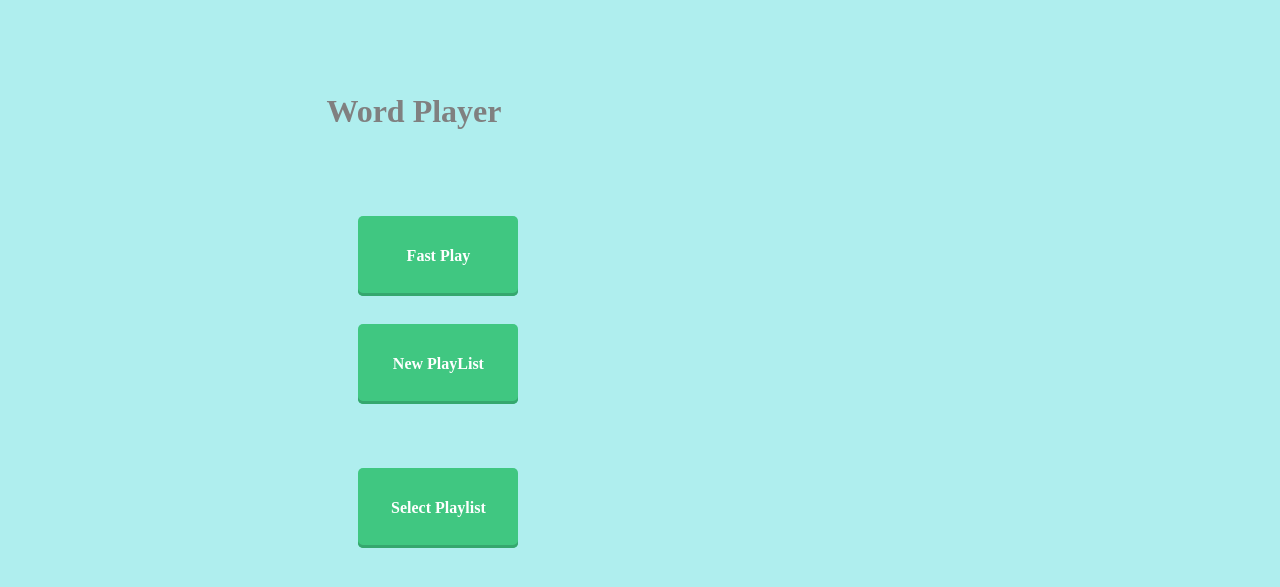
Repository: Artem-Brunov/msu_prac
Page: workspace/BasicUI/index.html
The author's editor kept a copy of each file at every save. The page is drawn from the files as they stood at one save, then again after the next save.
The browser window is 1280 px wide. The pictures show the whole page.

Above is the page before, as saved 2017-11-19 20:41:35.

After the next save:
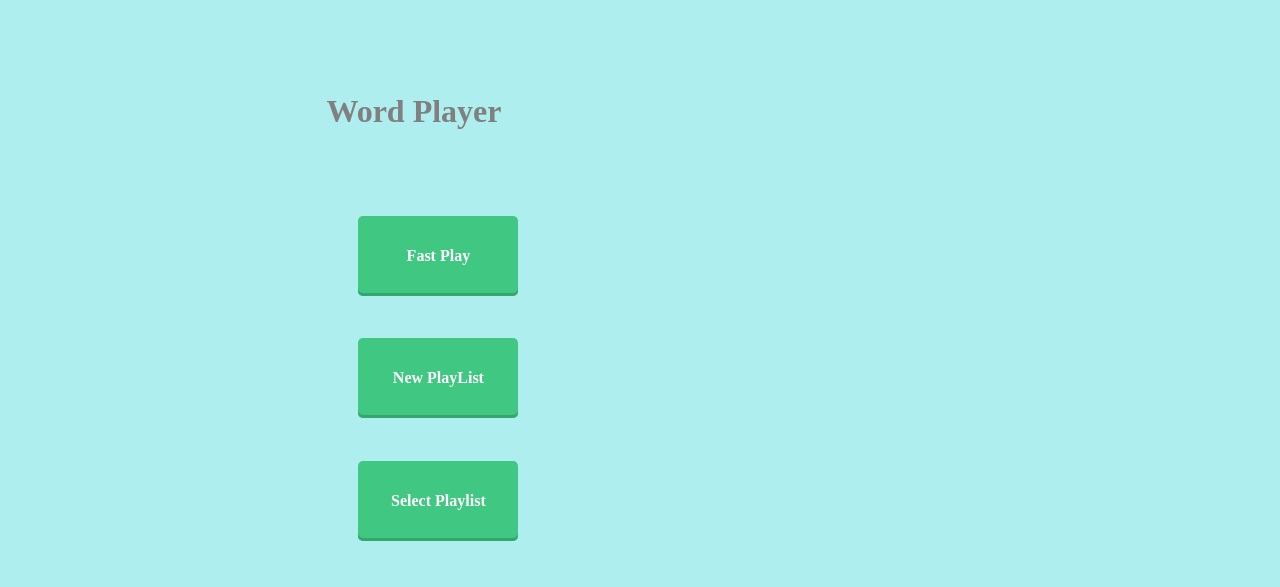
Saved 80 s later.
--- a/workspace/BasicUI/css/style.css
+++ b/workspace/BasicUI/css/style.css
@@ -35,13 +35,13 @@ a.first_button:active {
 }
 .New {
 	position: absolute;
-  	top: 45%;
+  	top: 47%;
   	left: 28%;
 
 }
 .Select {
 	position: absolute;
-  	top: 65%;
+  	top: 64%;
   	left: 28%;
 
 }
